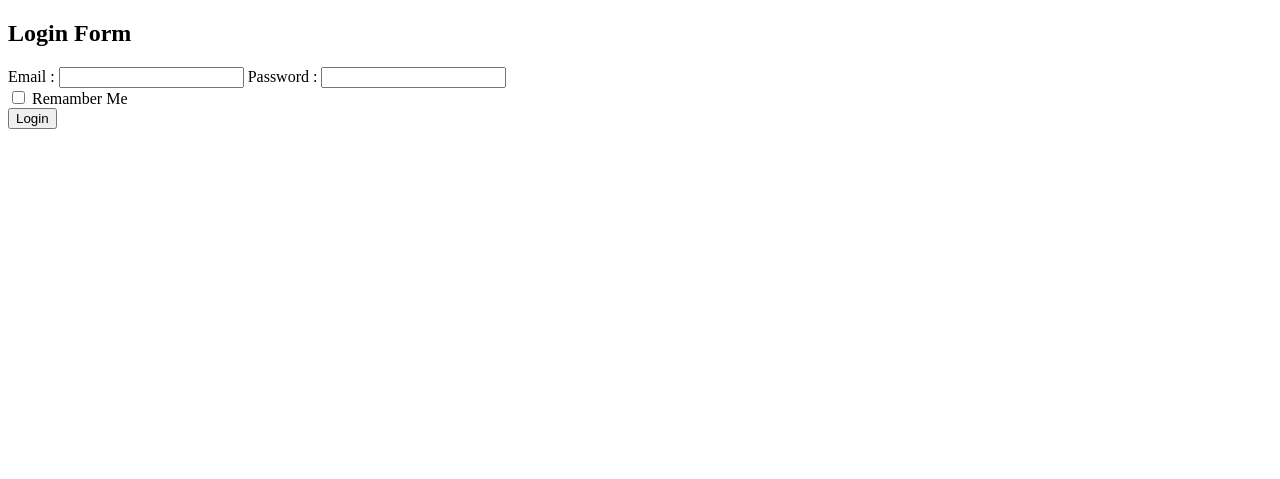
Repository: bayulalu/sekolah-orgaisasi
Page: http://localhost/login-user
The author's editor kept a copy of each file at every save. The page is drawn from the files as they stood at one save, then again after the next save.
The browser window is 1280 px wide. The pictures show the whole page.
The page is served by the project's Laravel application, run on PHP 8.4 with Laravel 8. Other server files are loaded and not shown.

Above is the page before, as saved 2020-07-19 13:20:53.

### routes/web.php
<?php

use Illuminate\Support\Facades\Route;



// Route::get('/', function () {
//     return view('welcome');
// });



Route::get('/login-user', 'AuthController@login')->name('login');
Route::post('/login-user', 'AuthController@postLogin')->name('login');
Route::get('/event', 'ArtikelController@event')->name('event');

Route::group(['middleware' => 'auth'], function(){

    Route::get('/register-user','AuthController@registerUser')->name('register');
    Route::post('/register-user','AuthController@storeUser')->name('register');
    Route::get('/logout', 'AuthController@logout' )->name('logout');

    Route::get('/create-envet', 'ArtikelController@create')->name('create-event');
    Route::post('/create-envet', 'ArtikelController@store')->name('create-event');

    Route::get('/event-delete/{slug}', 'ArtikelController@delete');
    Route::get('/event-update/{slug}', 'ArtikelController@edit');
    Route::post('/event-update/{slug}', 'ArtikelController@update');
});

Route::get('/', 'ArtikelController@index')->name('home');
Route::get('/event/{slug}', 'ArtikelController@showDetail')->name('singgel-event');


// Route::get('/tes', function () {
//     return view('gush.singgle');

// });

// Auth::routes();

// Route::get('/home', 'HomeController@index')->name('home');

### app/Http/Controllers/AuthController.php
<?php

namespace App\Http\Controllers;

use Auth;
use Illuminate\Http\Request;
use App\Models\User;
use Illuminate\Support\Facades\Auth as FacadesAuth;

class AuthController extends Controller
{
    public function login()
    {
        return view('auth2.login');
    }

    public function postLogin(Request $request)
    {
        // die('mask');

        $this->validate($request, [
            'user' => 'required',
            'password' => 'required'
        ]);


        $users = auth()->attempt(['user' => $request->user, 'password' => $request->password]);

        if (!$users) {
            return redirect()->back()->withInput($request->only('user', 'password'));
        }

        return redirect()->route('home');
    }

    public function registerUser()
    {
        if(Auth::user()->level != 1){
            return redirect()->route('home');

        }


        return view('auth2.register');
    }

    public function storeUser(Request $request)
    {

        if(Auth::user()->level != 1){
            return redirect()->route('home');

        }

        $this->validate($request, [
            'name' => 'required',
            'user' => 'required|unique:users',
            'organisasi' => 'required',
            'password' => 'required|string'
        ]);


      User::create([
            'name' => $request->name,
            'user' => $request->user,
            'status' => $request->organisasi,
            'password' =>  bcrypt($request->password),
            'level' => 2,
        ]);

        return redirect()->route('register')->with('msg','User Berhasil Di Tambah');


    }



    public function logout()
    {
        Auth::logout();
        return redirect()->route('home');
    }
}

### resources/views/auth2/login.blade.php
<!DOCTYPE html>
<html>
  <head>
    <meta charset="utf-8">
    <title>Reponsive Login Form</title>
    <link rel="stylesheet" href="style.css">
    <meta name="viewport" content="width=device-width , initial-scale=1.0">
  </head>
  <body>
<div class="d1">

</div>
<div class="login">
  <form class="" action="index.html" method="post">
    <h2>
Login Form</h2>
<label for="">Email :</label>
    <input class="txtb" type="text" name="" value="">
    <label for="">Password :</label>
    <input class="txtb" type="password" name="" value="">
    <div class="check">

    <input type="checkbox" name="" value="">
    <span>Remamber Me</span>

  </div>
<input class="btn" type="button" name="" value="Login">
  </form>
</div>
</body>
</html>

Loaded but not shown: app/Http/Controllers/Controller.php (common file)

After the next save:
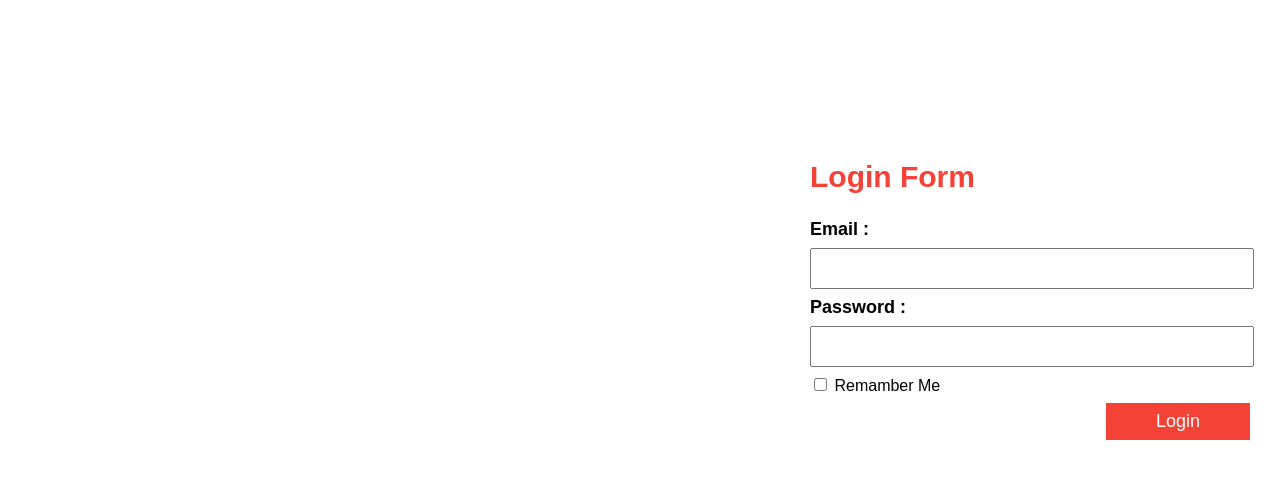
Saved 38 s later.
--- a/resources/views/auth2/login.blade.php
+++ b/resources/views/auth2/login.blade.php
@@ -6,6 +6,63 @@
     <link rel="stylesheet" href="style.css">
     <meta name="viewport" content="width=device-width , initial-scale=1.0">
   </head>
+  <style>
+      body,html{
+  margin: 0;
+  padding: 0;
+  height: 100%;
+  font-family: sans-serif;
+}
+.d1{
+  width: 70%;
+  height: 100%;
+  overflow: hidden;
+  float: left;
+  background: url(bg.jpg) center;
+}
+.login{
+  position: fixed;
+  overflow: hidden;
+  width: 100%;
+  max-width: 500px;
+  right: 0;
+  margin: 0;
+  background: #fff;
+  height: 100%;
+  z-index: 1;
+}
+.login form{
+  margin: 160px 30px;
+}
+.login h2{
+  font-size: 30px;
+  color: #f44336;
+}
+.login label{
+  display: block;
+  font-size: 18px;
+  font-weight: 700;
+  margin: 8px 0
+}
+.txtb{
+  width: 100%;
+  padding: 8px 0;
+  font-size: 18px;
+}
+.check{
+  margin: 8px 0;
+}
+.btn{
+  display: block;
+  float: right;
+  background: #f44336;
+  font-size: 18px;
+  padding: 8px 50px;
+  color: white;
+  border: none;
+}
+
+  </style>
   <body>
 <div class="d1">
 
